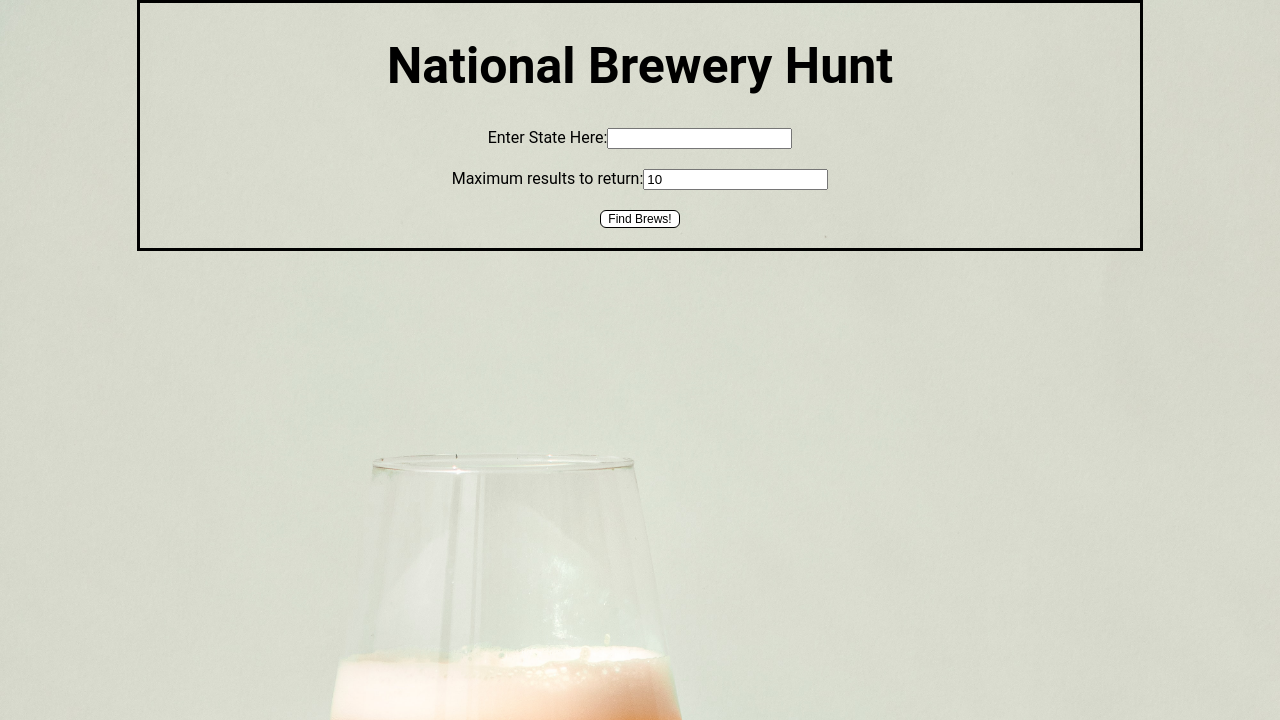
Repository: kaitlynMidori/searchBrews
Page: index.html
An editor plug-in stored every save of this project. The page is shown before and after the next save, followed by the edit.
The browser window is 1280 px wide. The pictures show the whole page.

Above is the page before, as saved 2021-04-24 11:50:38.

### index.html
<!DOCTYPE html>
<html lang="en">

<head>
    <meta charset="UTF-8" />
    <meta name="viewport" content="width=device-width, initial-scale=1.0" />
    <meta http-equiv="X-UA-Compatible" content="ie=edge" />
    <title>National Brewery Hunt</title>
    <link rel="stylesheet" href="style.css" />
</head>

<body>
    <div id="container">
        <h1>National Brewery Hunt</h1>

        <form id="search-form">
            <p>
                <label for="by_state">Enter State Here:</label>
                    <input type="text" name="by_state" id="by_state" required />
            </p>

            <p>
                <label for="max-results">Maximum results to return: </label>
                    <input type="number" name="max-results" id="max-results" value="10" />
            </p>

            <p>
                <input type="submit" value="Find Brews!" class="submit" />
            </p>
        </form>

        <p id="error-message"></p>

        <section id="results" class="hidden">
            <h2>Search results</h2>
            <ol id="results-list"></ol>
        </section>
    </div>
    <script src="https://code.jquery.com/jquery-3.3.1.js" integrity="sha256-2Kok7MbOyxpgUVvAk/HJ2jigOSYS2auK4Pfzbm7uH60=" crossorigin="anonymous"></script>
    <script src="app.js"></script>
</body>

</html>
<!-- This app doesn't follow a11y best practices, and the JS file is incomplete. Complete the getBreweries, displayResults, and watchSubmit functions. When you're done, this app should allow a user to search for a state, and display a list of breweries in that state. The list should include the brewery's name and a link to their website. You should make requests to this API: https://www.openbrewerydb.org/ . Make any necessary adjustments to make this app accessible. -->

### style.css

body {
    font-family: "Roboto", sans-serif;
    color: black;
    margin: auto;
    /* background: cover; */
    background-image: url("screenshots/beer.jpg");
    background-repeat: no-repeat;
    background-size: 100%;
    background-color: black;
    width: 80%;
    max-width: 1000px;
    border: solid;
}



.hidden {
    display: none;
}

h1  {
    text-align: center;
    font-size: 50px;
}

h2 {
    text-align: center;
}

/* .search-form {
    text-align: center;
    display: flex;
    flex-direction: column;
    width: auto;
    border: 1px solid black;
    padding: 30px;
    margin-left: 100px;
    margin-right: 100px;
    margin-bottom: 50px;
    border-radius: 8px;
} */

legend {
    text-align: center;
}

form p {
    margin: 5px;
    display: flex;
    width: auto;
    justify-content: center;
    margin: 20px 0 20px 0;
}

/* .results-list {
    margin: auto;
    width: 50px;
    height: 25px;
    padding: 0px;
    text-align: left;
    margin-bottom: 10px;
    margin-top: 10px;
    border-radius: 6px;
} */



.submit {
    border: 1px solid black;
    background-color: white;
    justify-content: center;
    margin-left: auto;
    margin-right: auto;
    width: 80px;
    height: 18px;
    border-radius: 6px;
    padding: 1px;
    font-size: 12px;
}

.submit:hover {
    cursor: pointer;
}

/* .results-amount:hover {
    cursor: text;
} */


/*Results Styling*/

/* .results-display-container {
    margin: auto;
} */

/* .single-result {
    border: 1px solid rgb(177, 175, 175);
    margin: auto;
    border-radius: 8px;
    box-shadow: -1px 2px rgb(209, 209, 209);
    padding: 15px;
    width: 1000px;
    margin-bottom: 15px;
} */

### app.js
"use strict";

const searchURL = ("https://api.openbrewerydb.org/breweries");

 //format query params
function formatQueryParams(params) {
    //return object array with params
   const queryItems = Object.keys(params)
   //produce object map param string key
     .map(key => `${key}=${params[key]}`)
     //return array as string
   return queryItems.join('&');
 }

function displayResults(responseJson, maxResults) {

    // if there are previous results, remove them
    console.log(responseJson);
    $("#results-list").empty();

    // iterate through the data array
    // list brewery name, city, url
    for (let i = 0; i < responseJson.length; i++) {
    $("#results-list").append(`<li class="each-product-result">

    <h3 class="product-name">${responseJson[i].name}</h3>
    <p class="product-price">${responseJson[i].city}</p>
    <p>Brewery page: <a href=${responseJson[i].website_url}>${responseJson[i].website_url}</a></p><br>
    <br>
    </li>`
      )
  };
    //display the results section
    $("#results").removeClass("hidden");
}

//getBreweries function
function getBreweries(query, maxResults) {
    //set API paramaters
    const params = {
        by_state: query,
        per_page: maxResults,
    };
    //declare queryString as formatQueryParams
    const queryString = formatQueryParams(params);
    //declare url to bind user input string to searchUrl
    const url = searchURL + "?" + queryString;
    console.log(url);
    //initiate fetch request using pure promise to get JSON object
    fetch(url)
    //check for resolved promise
        .then((response) => {
            // if response = true
            if (response.ok) {
                //return response object
                return response.json();
            }
            //raise exception to reject promise error and trigger .catch
            throw new Error(response.statusText);
        })
        .then((responseJson) => displayResults(responseJson, maxResults))
        //Catch any errors and return message
        .catch((err) => {
            $("#error-message").text(`Something went wrong: ${err.message}`);
        });
}

function watchForm() {
    // Bind an event handler to the “submit” JavaScript event
    $("form").submit((event) => {
        // If this method is called, the default action of the event will not be triggered.
        event.preventDefault();
        let by_state = $("#by_state").val();
	// by_state = by_state.replace(/\s/g, '');
        const maxResults = $("#max-results").val();
        getBreweries(by_state, maxResults);
    });
}

//call jQuery to pass in callback function when page loads
$(watchForm);

After the next save:
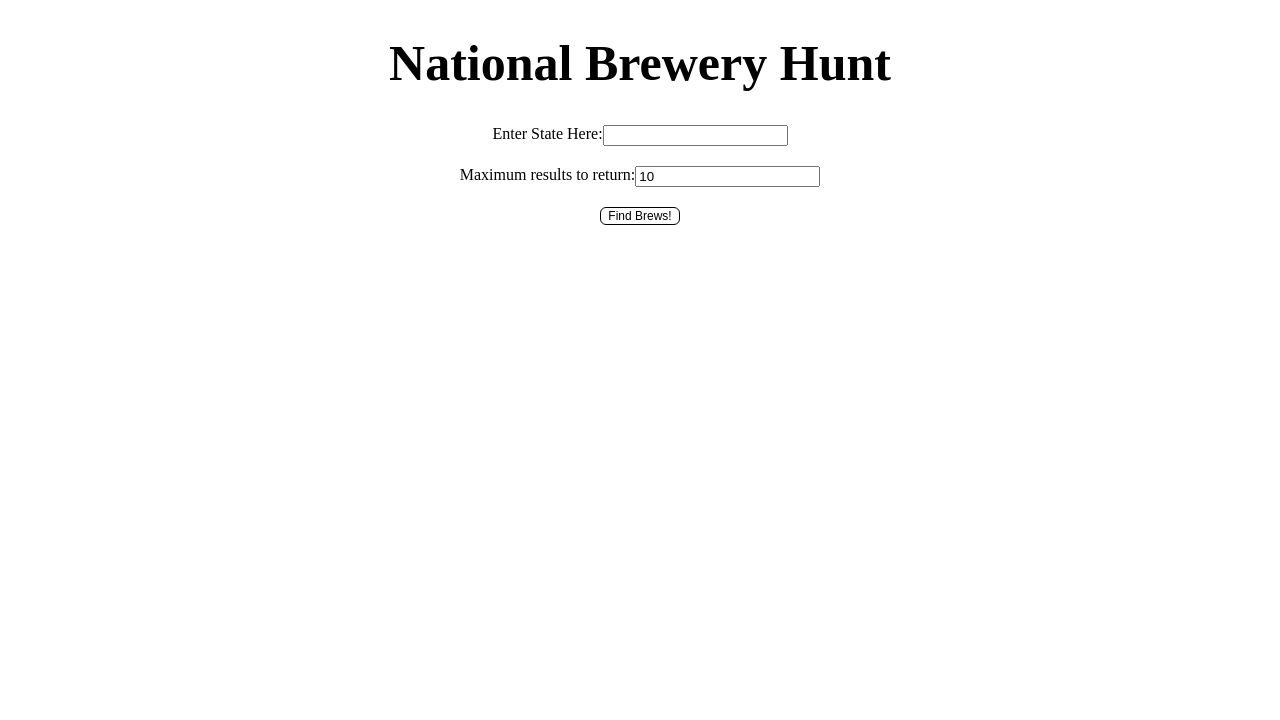
Saved 2 min 50 s later.
--- a/style.css
+++ b/style.css
@@ -1,5 +1,5 @@
 
-body {
+.container {
     font-family: "Roboto", sans-serif;
     color: black;
     margin: auto;
